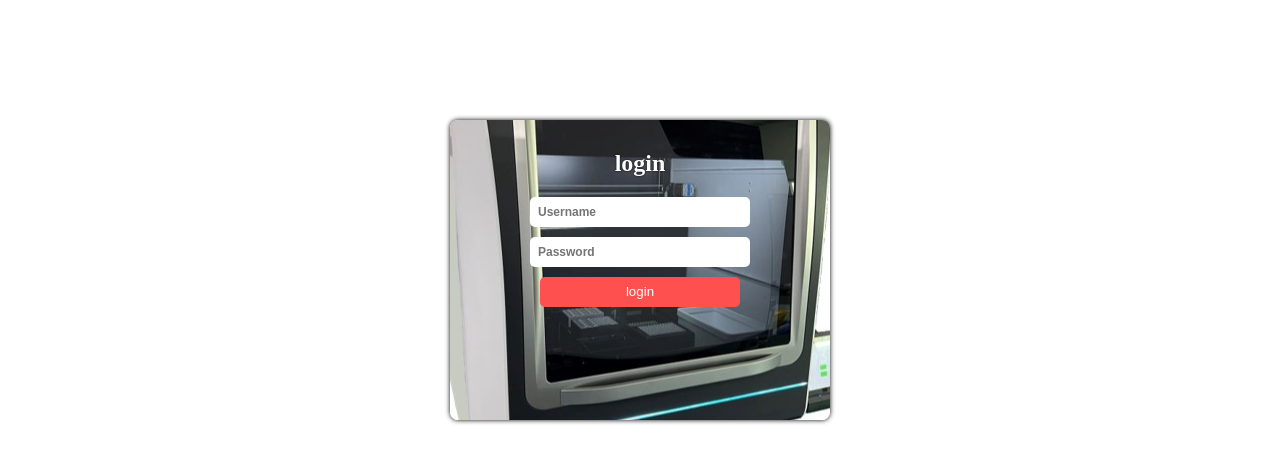
Repository: dnttalk/Ngs_arm1
Page: public/login.html
The author's editor kept a copy of each file at every save. The page is drawn from the files as they stood at one save, then again after the next save.
The browser window is 1280 px wide. The pictures show the whole page.

Above is the page before, as saved 2023-07-07 15:14:42.

### public/login.html
<!DOCTYPE>
<html>

<head>
    <meta http-equiv="Content-Type" content="text/html; charset=utf-8" />
    <title>Login</title>
    <style>
        #login_div {
            margin: 120px auto;
            width: 380px;
            height: 300px;
            background: rgba(255, 255, 255, 0.2);
            background: url(images/img3.jpg) no-repeat center center;
            border-radius: 8px;
            box-shadow: 0 0 5px #000;
            text-align: center;
            font-family: "幼圆";
            color: #fff;
            text-shadow: 0 0 2px #000;
        }

        .login_input {
            width: 220px;
            height: 30px;
            font-size: 12px;
            border: 0;
            border-radius: 5px;
            margin-top: 10px;
            outline: none;
            position: relative;
            top: 20px;
            padding: 8px;
            color: #1a1919;
            font-weight: bolder;
        }

        #login_div>h2 {
            position: relative;
            top: 30px;
            color: #fff;
        }

        #login {
            width: 200px;
            height: 30px;
            border-radius: 5px;
            color: #fff;
            background: #ff5050;
            border: 0;
            padding: 0;
            cursor: pointer;
            position: relative;
            top: 30px;
        }

        #remember {
            width: 200px;
            height: 30px;
            border: 0;
            margin: auto;
            font-size: 12px;
            padding: 0;
            position: relative;
            top: 30px;
        }

        #remember p {
            margin-top: 5px;
            border: 0;
            padding: 0;
            line-height: 20px;
            height: 20px;
            width: 100px;
            float: left;
            text-shadow: 0 0 1px #333;
            position: relative;
            text-align: left;
            cursor: pointer;
        }

        #login_div a {
            text-shadow: 0 0 1px #000;
            font-size: 12px;
            width: 55px;
            height: 30px;
            position: relative;
            margin-left: 310px;
            margin-top: 70px;
            display: block;
            text-decoration: underline;
            cursor: pointer;
        }
    </style>
</head>

<body>
    <form action="" method="post">
        <div id="login_div">
            <h2>login</h2>
            <input class="login_input" name="user" id="user" type="text" placeholder="Username" autofocus
                autocomplete="off" />
            <br />
            <input class="login_input" name="pwd" id="pwd" type="password" placeholder="Password" />
            <br />

            <input id="login" type="submit" value="login" />

        </div>
    </form>

</body>
<script>
    var user = document.querySelector("#user")
    var pwd = document.querySelector('#pwd')
    var login = document.querySelector('#login')
    var form = document.querySelector('form')
    login.onclick = function (e) {
        if (user.value === '' || pwd.value === '') {
            e.preventDefault()
            alert("Username and password are required......")
        } else {
            form.action = '/users/login'
        }
    }
</script>

</html>

### public/login.css


After the next save:
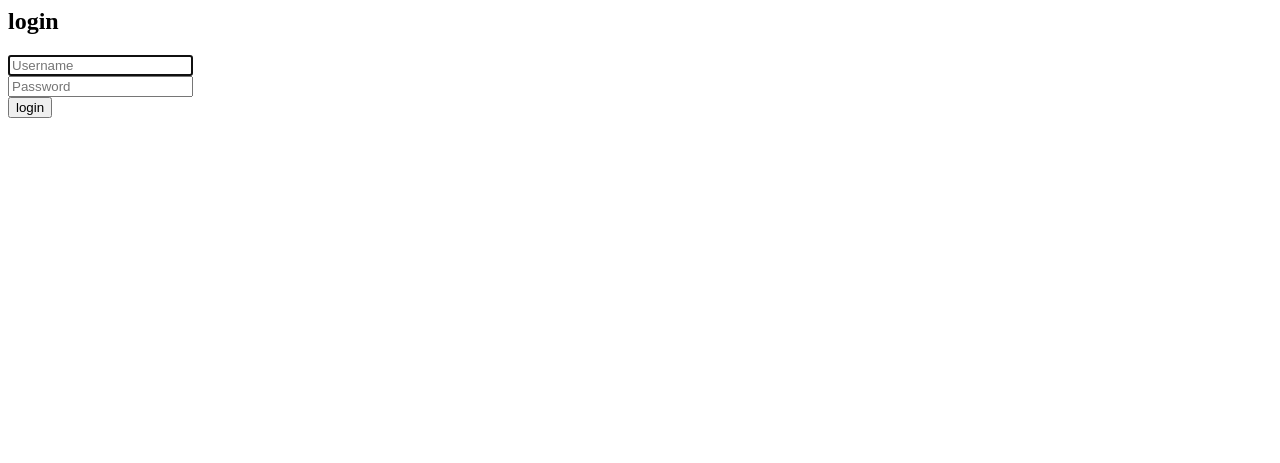
Saved 24 s later.
--- a/public/login.html
+++ b/public/login.html
@@ -5,91 +5,7 @@
     <meta http-equiv="Content-Type" content="text/html; charset=utf-8" />
     <title>Login</title>
     <style>
-        #login_div {
-            margin: 120px auto;
-            width: 380px;
-            height: 300px;
-            background: rgba(255, 255, 255, 0.2);
-            background: url(images/img3.jpg) no-repeat center center;
-            border-radius: 8px;
-            box-shadow: 0 0 5px #000;
-            text-align: center;
-            font-family: "幼圆";
-            color: #fff;
-            text-shadow: 0 0 2px #000;
-        }
 
-        .login_input {
-            width: 220px;
-            height: 30px;
-            font-size: 12px;
-            border: 0;
-            border-radius: 5px;
-            margin-top: 10px;
-            outline: none;
-            position: relative;
-            top: 20px;
-            padding: 8px;
-            color: #1a1919;
-            font-weight: bolder;
-        }
-
-        #login_div>h2 {
-            position: relative;
-            top: 30px;
-            color: #fff;
-        }
-
-        #login {
-            width: 200px;
-            height: 30px;
-            border-radius: 5px;
-            color: #fff;
-            background: #ff5050;
-            border: 0;
-            padding: 0;
-            cursor: pointer;
-            position: relative;
-            top: 30px;
-        }
-
-        #remember {
-            width: 200px;
-            height: 30px;
-            border: 0;
-            margin: auto;
-            font-size: 12px;
-            padding: 0;
-            position: relative;
-            top: 30px;
-        }
-
-        #remember p {
-            margin-top: 5px;
-            border: 0;
-            padding: 0;
-            line-height: 20px;
-            height: 20px;
-            width: 100px;
-            float: left;
-            text-shadow: 0 0 1px #333;
-            position: relative;
-            text-align: left;
-            cursor: pointer;
-        }
-
-        #login_div a {
-            text-shadow: 0 0 1px #000;
-            font-size: 12px;
-            width: 55px;
-            height: 30px;
-            position: relative;
-            margin-left: 310px;
-            margin-top: 70px;
-            display: block;
-            text-decoration: underline;
-            cursor: pointer;
-        }
     </style>
 </head>
 

After the 2 saves that followed:
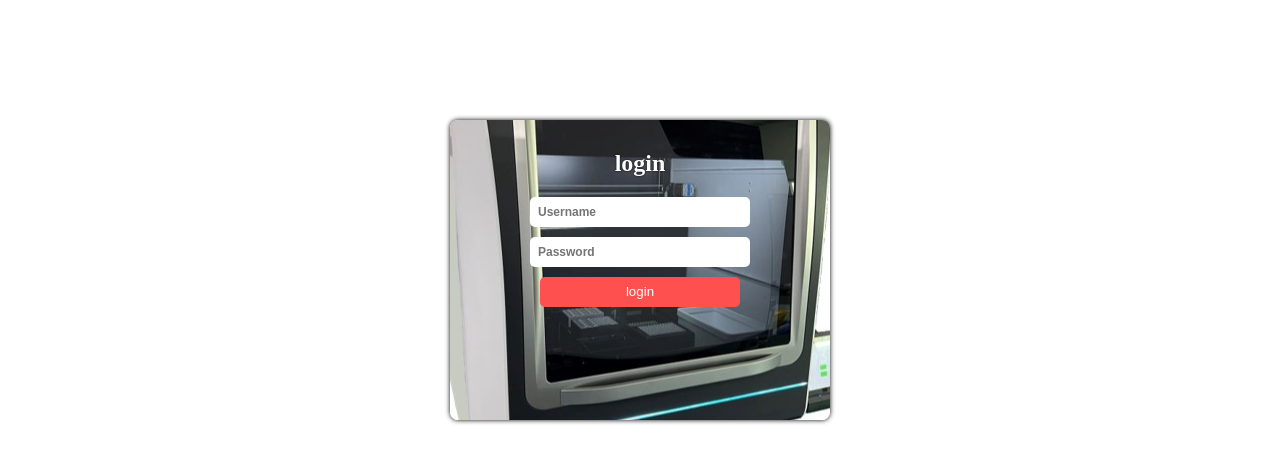
The 2 saves are shown as one change because 1 left the picture as it was.
The last was saved 105 s later.
--- a/public/login.html
+++ b/public/login.html
@@ -4,9 +4,9 @@
 <head>
     <meta http-equiv="Content-Type" content="text/html; charset=utf-8" />
     <title>Login</title>
-    <style>
 
-    </style>
+    <link rel="stylesheet" href="login.css">
+
 </head>
 
 <body>
--- a/public/login.css
+++ b/public/login.css
@@ -0,0 +1,85 @@
+#login_div {
+    margin: 120px auto;
+    width: 380px;
+    height: 300px;
+    background: rgba(255, 255, 255, 0.2);
+    background: url(images/img3.jpg) no-repeat center center;
+    border-radius: 8px;
+    box-shadow: 0 0 5px #000;
+    text-align: center;
+    font-family: "幼圆";
+    color: #fff;
+    text-shadow: 0 0 2px #000;
+}
+
+.login_input {
+    width: 220px;
+    height: 30px;
+    font-size: 12px;
+    border: 0;
+    border-radius: 5px;
+    margin-top: 10px;
+    outline: none;
+    position: relative;
+    top: 20px;
+    padding: 8px;
+    color: #1a1919;
+    font-weight: bolder;
+}
+
+#login_div>h2 {
+    position: relative;
+    top: 30px;
+    color: #fff;
+}
+
+#login {
+    width: 200px;
+    height: 30px;
+    border-radius: 5px;
+    color: #fff;
+    background: #ff5050;
+    border: 0;
+    padding: 0;
+    cursor: pointer;
+    position: relative;
+    top: 30px;
+}
+
+#remember {
+    width: 200px;
+    height: 30px;
+    border: 0;
+    margin: auto;
+    font-size: 12px;
+    padding: 0;
+    position: relative;
+    top: 30px;
+}
+
+#remember p {
+    margin-top: 5px;
+    border: 0;
+    padding: 0;
+    line-height: 20px;
+    height: 20px;
+    width: 100px;
+    float: left;
+    text-shadow: 0 0 1px #333;
+    position: relative;
+    text-align: left;
+    cursor: pointer;
+}
+
+#login_div a {
+    text-shadow: 0 0 1px #000;
+    font-size: 12px;
+    width: 55px;
+    height: 30px;
+    position: relative;
+    margin-left: 310px;
+    margin-top: 70px;
+    display: block;
+    text-decoration: underline;
+    cursor: pointer;
+}
